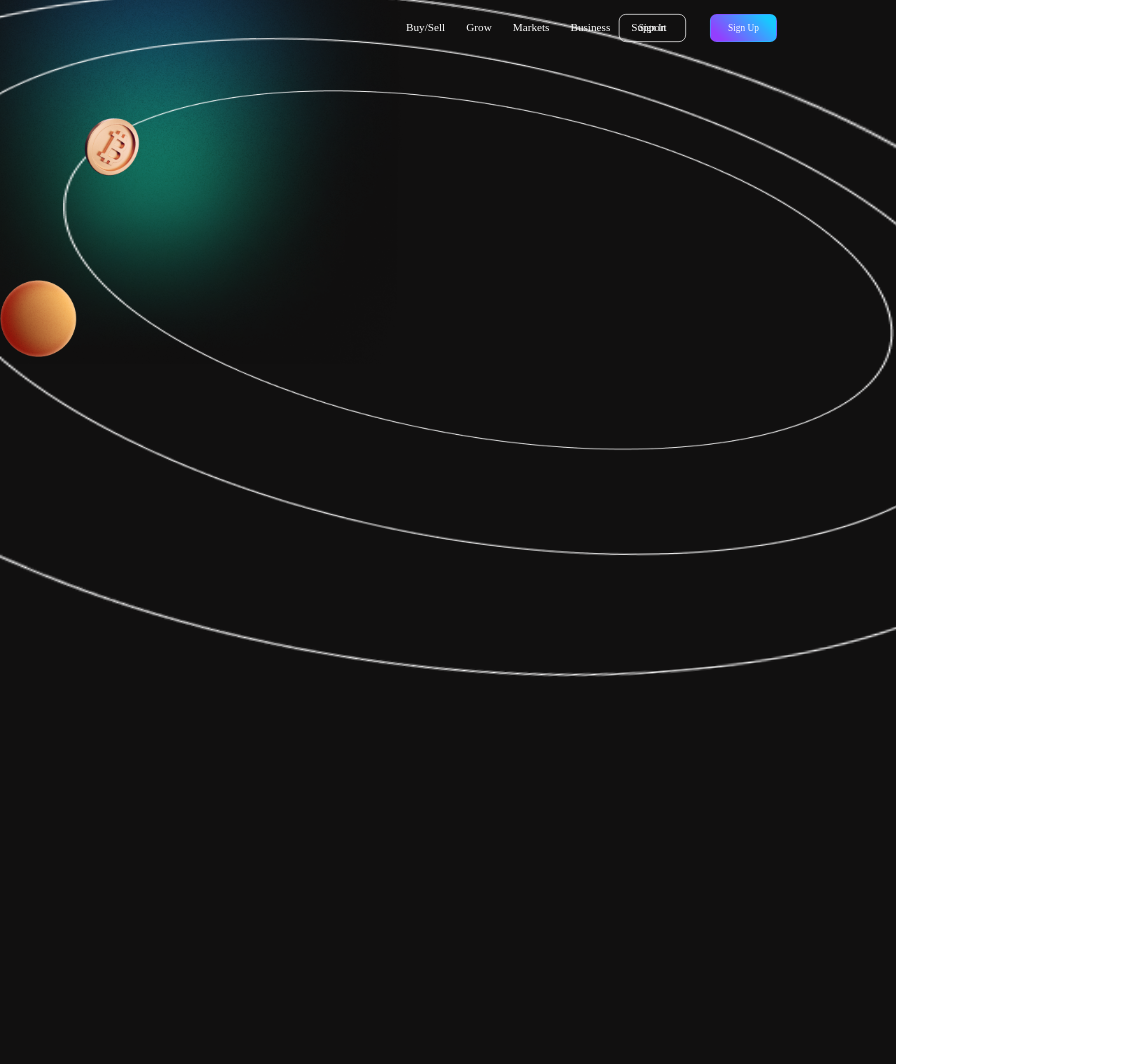
Repository: isaacCodes1/My-Crypto-Website
Page: index.html
These files come from the project's save history. The page is drawn as it stood at one moment and after a run of saves; the edit follows.
The browser window is 1280 px wide. The page is 1625 px wide, so the pictures cover 1625 px, including what lies to the right of the window. The pictures show the part of the page from y = 0 to 1520 px (the page is 7200 px tall), at 70% of full size.

Above is the page before, as saved 2024-05-16 10:40:51.

### index.html
<!DOCTYPE html>
<html lang="en">
<head>
    <meta charset="UTF-8">
    <meta name="viewport" content="width=device-width, initial-scale=1.0">
    <link rel="stylesheet" href="style.css">
    <title>Crypto Website.</title>
</head>
<body>
    <header>
        <nav>
            <div class="navGen">
                <div class="logoSec">
                    <img src="/images/float13.png" alt="" class="grad1">
                </div>
                <div class="lists">
                    <ul>
                        <li>Buy/Sell</li>
                        <li>Grow</li>
                        <li>Markets</li>
                        <li>Business</li>
                        <li>Support</li>
                    </ul>
                    <button id="in">Sign In</button>
                    <button id="up">Sign Up</button>
                </div>
            </div>
        </nav>
    </header>
    <section>
        <div class="landingGen">
            <div class="onlyDiv">
                <img id="e1" src="/images/Ellipse 2155.png" alt="">
                <img id="e2" src="/images/Ellipse 2156.png" alt="">
                <img src="/images/Ellipse 2157.png" alt="" id="e3">
                <img id="bit1" src="/images/float1.png" alt="">
                <img id="orange" src="/images/float3.png" alt="">
            </div>
        </div>
    </section>
</body>
</html>

### style.css
*{
    margin: 0;
    padding: 0;
    box-sizing: border-box;
    font-family: 'Poppins';
}
body{
    width: 100%;
}
/* NavBar */
.navGen{
    /* display: flex; */
    background-color: #111010;
    width: 100%;
    height: 100vh;
}
.logoSec{
    display: flex;
    background-color: #111010;
    height: 1000vh;
    width: 100%;
    align-items: center;
    padding-top: 30px;
    gap: 20px;
}
.grad1{
    position: absolute;
    top: 0px;
    left: 0;
}
.lists ul{
    display: flex;
    list-style: none;
    gap: 30px;
    margin-left: 580px;
    color: #fff;
    position: absolute;
    top: 30px;
}
#in{
    background: transparent;
    border: 1px solid #fff;
    border-radius: 10px;
    width: 96px;
    height: 40px;
    color: #fff;
    position: absolute;
    right: 300px;
    top: 20px;
}
#up{
    background: linear-gradient(225deg, #18C8FF 14.89%, #933FFE 85.85%);
    border: 1px solid transparent;
    color: #fff;
    width: 96px;
    height: 40px;
    position: absolute;
    right: 170px;
    border-radius: 10px;
    top: 20px;
}

/* Landing Page */

.landingGen{
    display: flex;
}
#e1{
    position: absolute;
    width: 1187px;
    height: 514px;
    transform: rotate(-0deg);
    left: 90px;
    top: 129px;
}
#e2{
    position: absolute;
    width: 1550px;
    height: 748px;
    top: 50px;
    left: -124px;
    transform: rotate(-0.9deg);
}
#e3{
    position: absolute;
    width: 1990px;
    height: 1032px;
    top: -40px;
    left: -406px;
    right: 0px;
    transform: rotate(-5deg);
}
#bit1{
    position: absolute;
    top: 140px;
    left: 90px;
}
#orange{
    position: absolute;
    top: 400px;
}

After the next 2 saves:
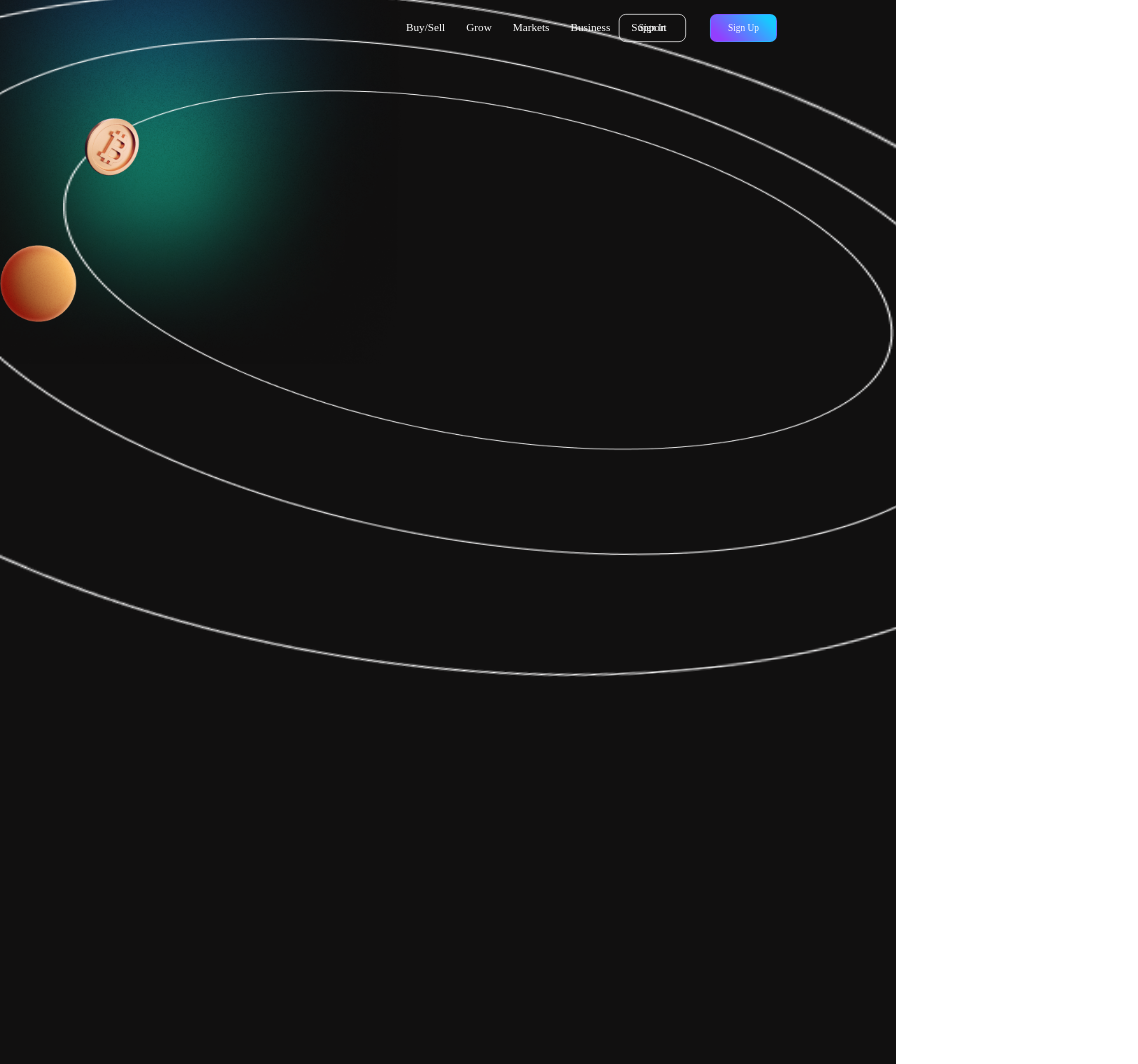
The 2 saves are shown as one change because they came seconds apart.
The last was saved 4 min 8 s later.
--- a/style.css
+++ b/style.css
@@ -97,5 +97,5 @@
 }
 #orange{
     position: absolute;
-    top: 400px;
+    top: 350px;
 }
